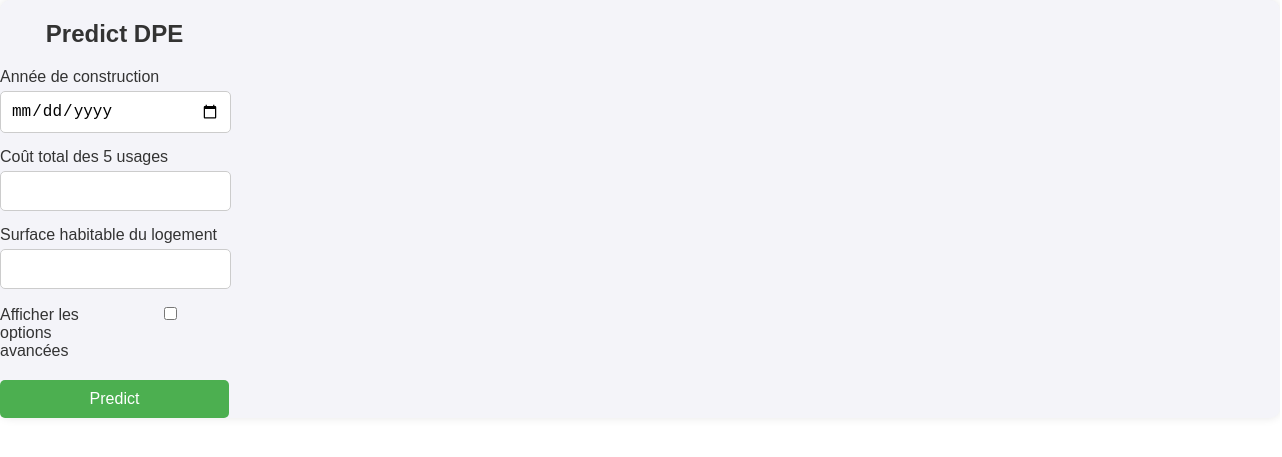
Repository: abdouAppcraft/Predict-DPE
Page: /
These files come from the project's save history. The page is drawn as it stood at one moment and after the next save; the edit follows.
The browser window is 1280 px wide. The page is 1280 px wide, then 1282 px, so the pictures cover 1282 px, including what lies to the right of the window. The pictures show the whole page.
The page's requests for data from a server got no answer. The project was rebuilt for these pictures with package versions that can differ from the ones it lists, and the page was loaded fresh each time. No one was signed in, and anything a server would have sent is missing. Also part of the build but not shown: src/screens/Result/Result.tsx.

Above is the page before, as saved 2024-06-11 17:08:32.

After the next save:
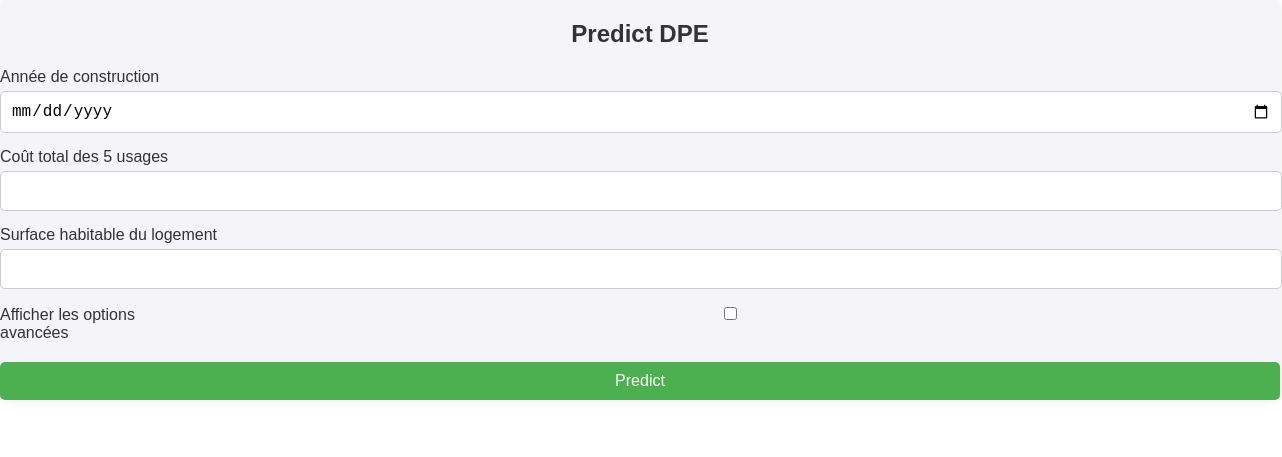
Saved 40 s later.
--- a/src/screens/PredictForm/PredictForm.css
+++ b/src/screens/PredictForm/PredictForm.css
@@ -6,6 +6,10 @@
     font-family: Arial, sans-serif;
     display: flex;
     gap: 1rem;
+
+    section:first-child {
+flex: 1;
+    }
 
     h1 {
         text-align: center;
